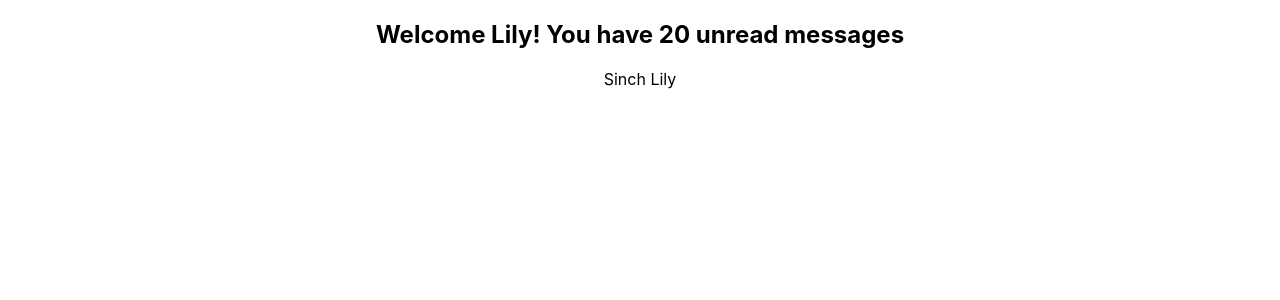
Repository: sinchana-P/react-typescript-demo
Page: /
The author's editor kept a copy of each file at every save. The page is drawn from the files as they stood at one save, then again after a run of saves.
The browser window is 1280 px wide. The pictures show the whole page.
The project was rebuilt for these pictures with package versions that can differ from the ones it lists, and the page was loaded fresh each time.

Above is the page before, as saved 2023-12-02 18:15:10.

### src/App.tsx
import './App.css';
import { Greet } from './components/Greet';
import Person from './components/Person';

// Type Inference: hover on App Component: to see the return type of App Component.
function App() {

  const personName = {
    first: "Sinch",
    last: "Lily"
  }

  return (
    <div className="App">
      <Greet name="Lily" messageCount={20} isLoggedIn={ true } />
      <Person name={personName} />
    </div>
  );
}

export default App;

### src/components/Greet.tsx
import React from 'react'

type GreetProps = {
    name: string
  messageCount: number
    isLoggedIn: boolean
}

export const Greet = (props: GreetProps) => {
  return (
    <h2>
      {
        props.isLoggedIn
          ? `Welcome ${props.name}! You have ${props.messageCount} unread messages`
          : `Welcome Guest`
      }

    </h2>
  )
}

// export default Greet


// 2 benefits
// 1. Autocompletion of properties suggestion
// 2. Type Safety

// Types vs Interfaces
// 1. use Types- Application
// 2. inter - Libraries

### src/components/Person.tsx
import React from 'react'

type PersonProps = {
    first: string,
    last: string
}

const Person = (props: PersonProps) => {
    return (
    <div>Sinch Lily</div>
  )
}

export default Person

Loaded but not shown: public/index.html (common file); src/index.tsx (common file); src/index.css (common file); src/reportWebVitals.ts (common file); src/App.css (common file)

After the next 2 saves:
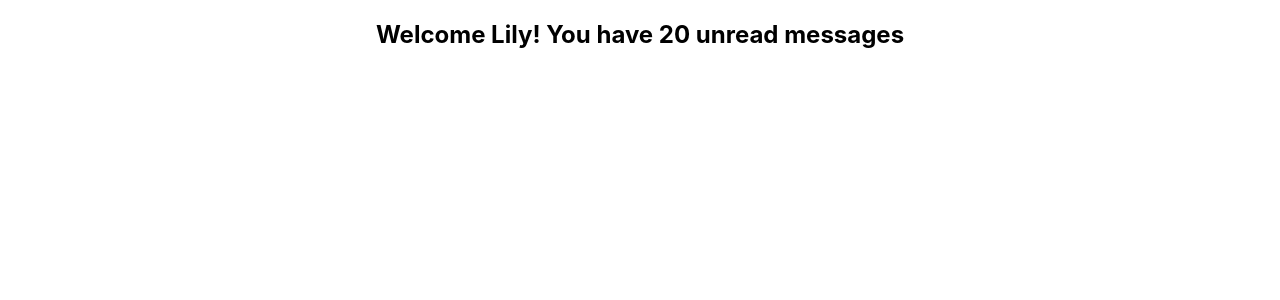
The 2 saves are shown as one change because they came seconds apart.
The last was saved 14 s later.
--- a/src/components/Person.tsx
+++ b/src/components/Person.tsx
@@ -7,7 +7,7 @@ type PersonProps = {
 
 const Person = (props: PersonProps) => {
     return (
-    <div>Sinch Lily</div>
+        <div>{ }  { }</div>
   )
 }
 
